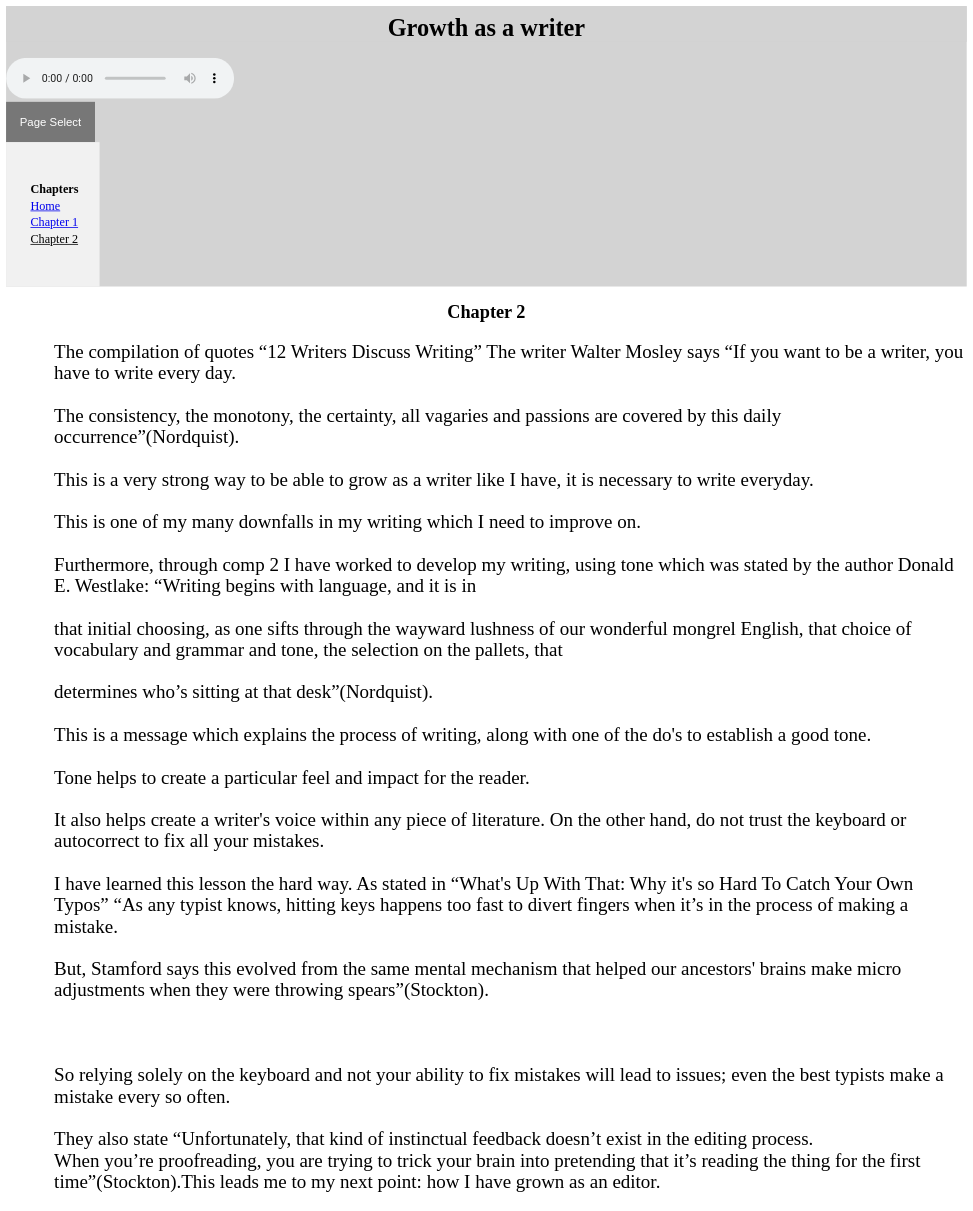
Repository: jpaisiem/WP-4
Page: Chapter2.html
These files come from the project's save history. The page is drawn as it stood at one moment and after a run of saves; the edit follows.
The browser window is 1280 px wide. The pictures show the whole page, at 76% of full size.

Above is the page before, as saved 2025-05-01 11:46:32.
Console error: TypeError: Cannot read properties of undefined (reading 'toggle')

### Chapter2.html
<!DOCTYPE html>
<html>
<head>
<meta name="viewport" content="width=device-width, initial-scale=1">
<style>
.collapsible {
  background-color: #777;
  color: white;
  cursor: pointer;
  padding: 18px;
  width: fit-content;
  border: none;
  text-align: left;
  outline: none;
  font-size: 15px;
}

.active, .collapsible:hover {
  background-color: #555;
}

.content {
  display: flex;
  flex-direction: column;
  overflow: hidden;
  background-color: #f1f1f1;
  width: fit-content;
  height: fit-content;
  padding-left: 2.3%;
  padding-right: 2%;
}
p
{
 font-size: 25px;
 text-align: left;
 margin-left: 5%;
}
</style>
<title>Growth as a writer - Chapter 2</title>
</head>
<body>
    <div style="background-color: lightgray; display: flex; flex-direction: column; margin-top: 0%;">
        <h1 style="text-align: center; background-color: lightgray; padding-top: 10px; margin-top: 0%;">Growth as a writer</h1>
        <div style="align-items: center;">
        <audio controls>
            <source src="audio.mp3" type="audio/mpeg">
        </audio>
        </div>
<button type="button" class="collapsible">Page Select</button>
<div class="content">
  <p><table>
    <tr>
        <th>Chapters</th>
    </tr>
    <tr>
        <td><a href="index.html">Home</a></td>
    </tr>
    <tr>
        <td><a href="Chapter1.html">Chapter 1</a></td>
    </tr>
     <tr>
        <td><a href="Chapter2.html" style="color: black;">Chapter 2</a></td>
    </tr>
  </table></p>
</div>
    </div>
<div style="text-align: center;">
     <h2 style="text-align: center;">Chapter 2</h2>
     <p> The compilation of quotes “12 Writers Discuss Writing” The writer Walter Mosley says “If you want to be a writer, you have to write every day. <br><br>
      The consistency, the monotony, the certainty, all vagaries and passions are covered by this daily occurrence”(Nordquist). <br><br>
      This is a very strong way to be able to grow as a writer like I have, it is necessary to write everyday. <br><br>
      This is one of my many downfalls in my writing which I need to improve on. <br><br>
      Furthermore, through comp 2 I have worked to develop my writing, using tone which was stated by the author Donald E. Westlake:  “Writing begins with language, and it is in <br><br>that initial choosing, as one sifts through the wayward lushness of our wonderful mongrel English, that choice of vocabulary and grammar and tone, the selection on the pallets, that <br><br>determines who’s sitting at that desk”(Nordquist). <br><br>
      This is a message which explains the process of writing, along with one of the do's to establish a good tone.<br><br>
       Tone helps to create a particular feel and impact for the reader.<br><br>
        It also helps create a writer's voice within any piece of literature. On the other hand, do not trust the keyboard or autocorrect to fix all your mistakes. <br><br>
        I have learned this lesson the hard way.  As stated in “What's Up With That:  Why it's so Hard To Catch Your Own Typos” “As any typist knows, hitting keys happens too fast to divert fingers when it’s in the process of making a mistake.
        <br><br>
        But, Stamford says this evolved from the same mental mechanism that helped our ancestors' brains make micro adjustments when they were throwing spears”(Stockton). <br><br>
        <br><br>So relying solely on the keyboard and not your ability to fix mistakes will lead to issues; even the best typists make a mistake every so often.
        <br><br>They also state “Unfortunately, that kind of instinctual feedback doesn’t exist in the editing process.
        <br>When you’re proofreading, you are trying to trick your brain into pretending that it’s reading the thing for the first time”(Stockton).This leads me to my next point: how I have grown as an editor.
</p>
</div>
<script>
var coll = document.getElementsByClassName("collapsible");
var i;

for (i = 0; i < coll.length; i++) {
  coll[i].addEventListener("click", function() {
    this.classList.toggle("active");
    var content = this.nextElementSibling;
    if (content.style.display === "block") {
      content.style.display = "none";
    } else {
      content.style.display = "block";
    }
  });
}
if(location.reload){
    this.classList.toggle("collapsible");
}
</script>

</body>
</html>

After the next 2 saves:
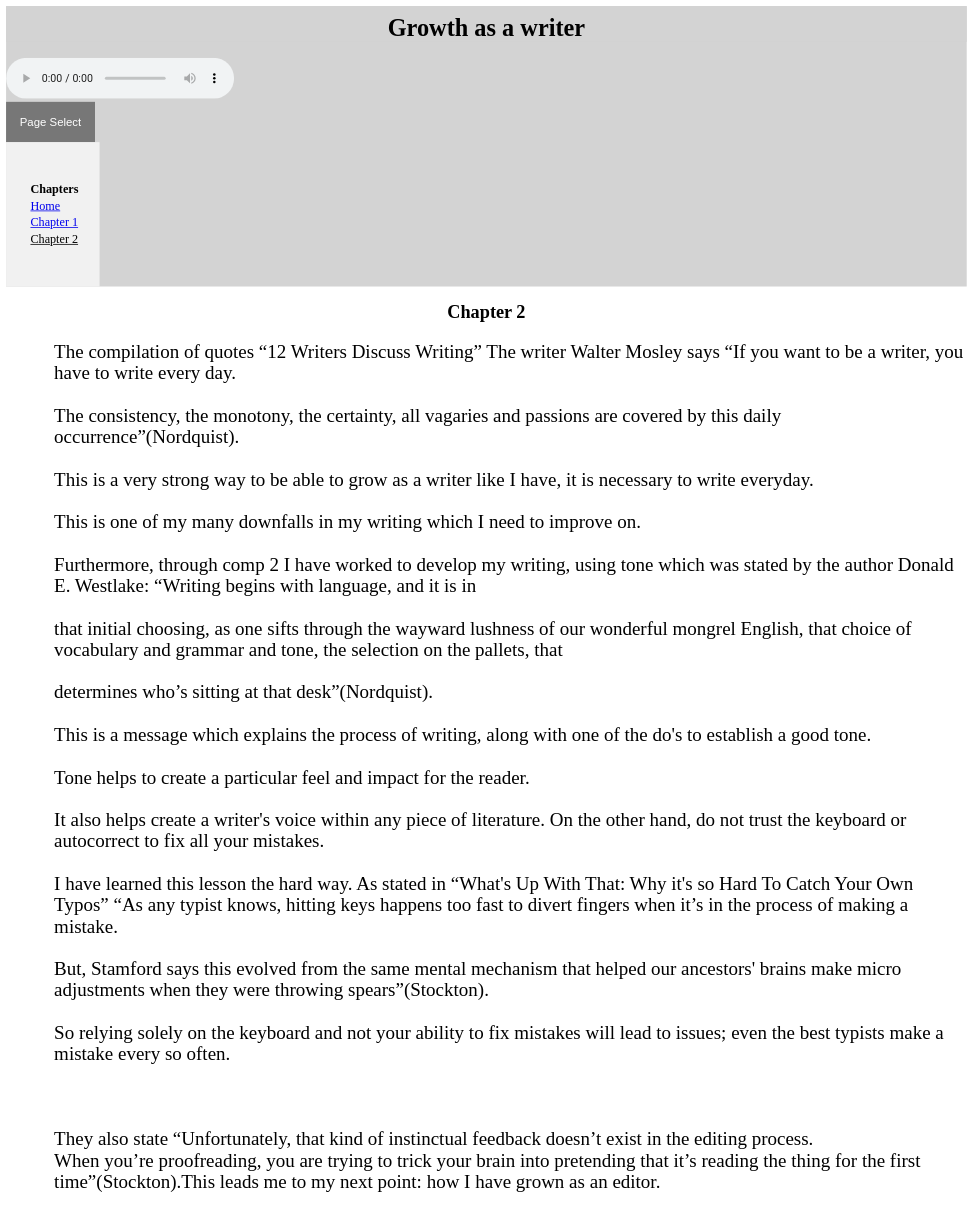
The 2 saves are shown as one change because they came seconds apart.
The last was saved 8 s later.
--- a/Chapter2.html
+++ b/Chapter2.html
@@ -77,7 +77,7 @@ p
         I have learned this lesson the hard way.  As stated in “What's Up With That:  Why it's so Hard To Catch Your Own Typos” “As any typist knows, hitting keys happens too fast to divert fingers when it’s in the process of making a mistake.
         <br><br>
         But, Stamford says this evolved from the same mental mechanism that helped our ancestors' brains make micro adjustments when they were throwing spears”(Stockton). <br><br>
-        <br><br>So relying solely on the keyboard and not your ability to fix mistakes will lead to issues; even the best typists make a mistake every so often.
+        So relying solely on the keyboard and not your ability to fix mistakes will lead to issues; even the best typists make a mistake every so often. <br><br>
         <br><br>They also state “Unfortunately, that kind of instinctual feedback doesn’t exist in the editing process.
         <br>When you’re proofreading, you are trying to trick your brain into pretending that it’s reading the thing for the first time”(Stockton).This leads me to my next point: how I have grown as an editor.
 </p>
